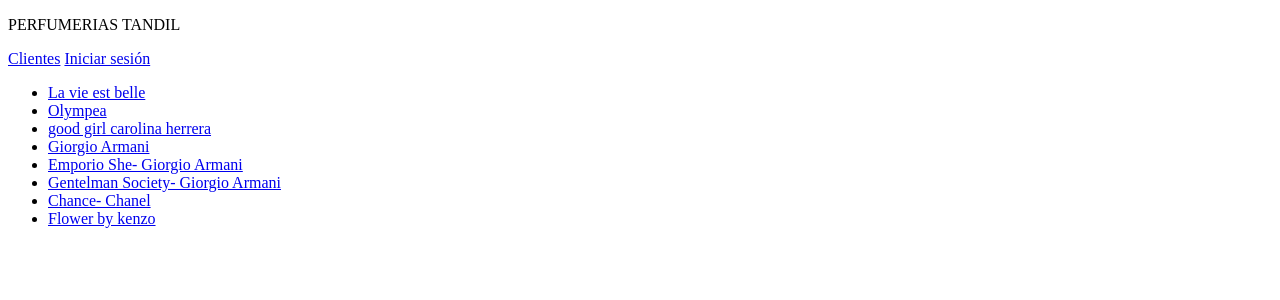
Repository: LuliDiNucci/TPO-Di-Nucci-Tunesi
Page: http://localhost/tpe/ventas
An editor plug-in stored every save of this project. The page is shown before and after the next save, followed by the edit.
The browser window is 1280 px wide. The pictures show the whole page.
The page is run by PHP 8.4 with error messages shown; the project is at /var/www/html/. The database holds what the project's SQL file puts in it.

Above is the page before, as saved 2024-10-17 20:23:55.

After the next save:
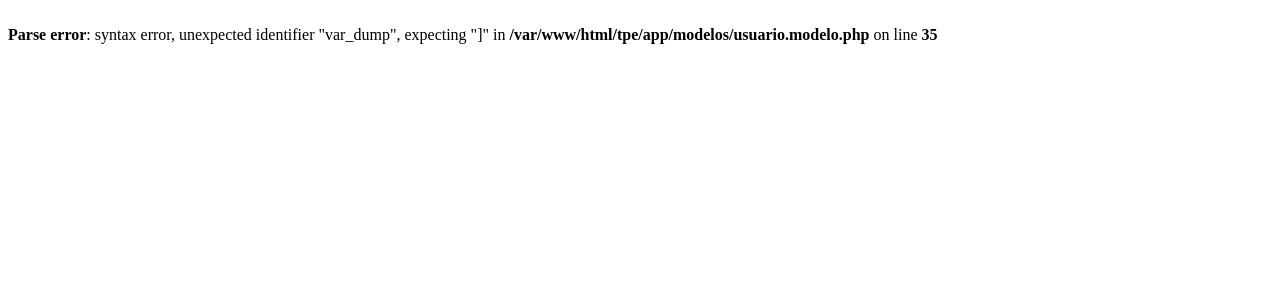
Saved 30 s later.
--- a/entrega2/tpe/app/modelos/usuario.modelo.php
+++ b/entrega2/tpe/app/modelos/usuario.modelo.php
@@ -32,10 +32,12 @@
                 $sentencia->execute([
                     $usuario['nombre'],
                     password_hash($usuario['contrasena'], PASSWORD_DEFAULT)
+                    var_dump($usuario);
                 ]);
+
             }
         }
-        var_dump($usuarios);
+
 
     }
     public function obtenerUsuarioPorNombre($nombre, $contrasena)

After the save that followed:
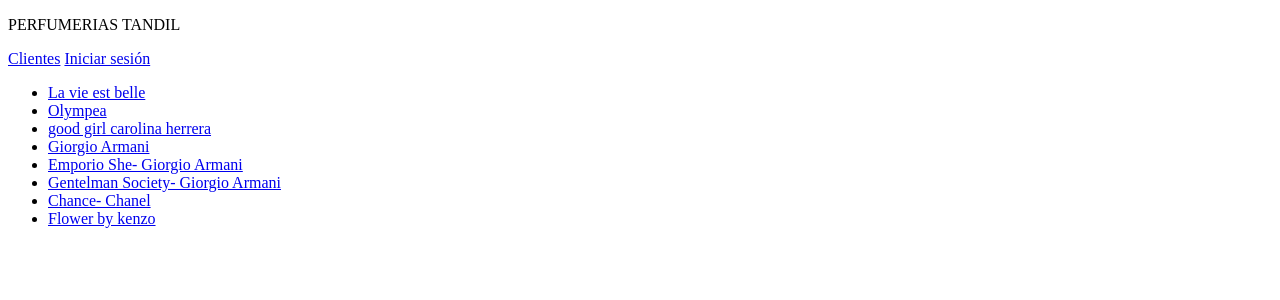
Saved 10 s later.
--- a/entrega2/tpe/app/modelos/usuario.modelo.php
+++ b/entrega2/tpe/app/modelos/usuario.modelo.php
@@ -32,8 +32,8 @@
                 $sentencia->execute([
                     $usuario['nombre'],
                     password_hash($usuario['contrasena'], PASSWORD_DEFAULT)
-                    var_dump($usuario);
                 ]);
+                var_dump($usuarios);
 
             }
         }
